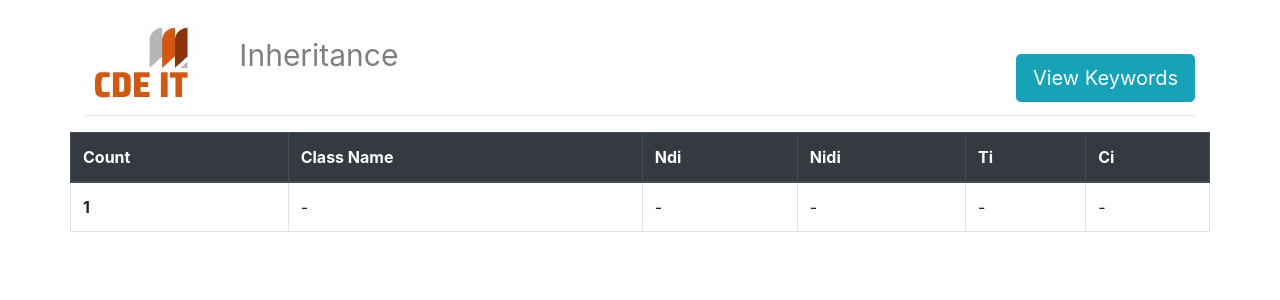
Repository: JudeAshan98/ITPM
Page: CDE_IT/WebContent/views/Inheritance.html
The author's editor kept a copy of each file at every save. The page is drawn from the files as they stood at one save, then again after the next save.
The browser window is 1280 px wide. The pictures show the whole page.

Above is the page before, as saved 2020-03-01 06:38:18.

### CDE_IT/WebContent/views/Inheritance.html
<!DOCTYPE html>
<meta charset="ISO-8859-1">
  <meta name="viewport" content="width=device-width, initial-scale=1">
  <link rel="stylesheet" href="../style/bootsrtap.min.css">
  <script src="../style/jquery.min.js"></script>
  <script src="https://cdnjs.cloudflare.com/ajax/libs/popper.js/1.16.0/umd/popper.min.js"></script>
  <script src="https://maxcdn.bootstrapcdn.com/bootstrap/4.4.1/js/bootstrap.min.js"></script>
</style>
<title>Inheritance| CDE Solutions</title>
</head>
<body style="background-color: #fff;">

<br>
<div class="container">
<div>
		<!-- <p>CDE IT Solutions</p> -->
	<img src="../img/logoe.png" style="max-height:75px"> <text style="font-size:30px; color:gray ; margin-left:30px">Inheritance<text>
	<button type="button" class="btn btn-info btn-lg"style="background-color:transparent;float:right; margin-top:30px ;margin-left:30px" hidden><img src="print.png" style="max-height:40px;max-width=:40px;"></button>
	 <button type="button" class="btn btn-info btn-lg" data-toggle="modal" data-target="#myModal" style="float:right; margin-top:30px;">View Keywords</button>
		<hr/>
	</div>
		<div class="row">
			<table class="table table-bordered table-hover">
			  <thead class="thead-dark">
			    <tr>
			      <th scope="col">Count</th>
			      <th scope="col">Class Name</th>
			      <th scope="col">Ndi</th>
				  <th scope="col">Nidi</th>
				  <th scope="col">Ti</th>
				  <th scope="col">Ci</th>
			    </tr>
			  </thead>
			  <tbody>
			    <tr>
			      <th scope="row">1</th>
			      <td>-</td>
			      <td>-</td>
			      <td>-</td>
			      <td>-</td>
			      <td>-</td>
			    </tr>
			  </tbody>
			</table>
		</div>
<!-- The Modal -->
		<div class="modal" id="myModal">
		  <div class="modal-dialog">
			<div class="modal-content">

			  <!-- Modal Header -->
			  <div class="modal-header">
				<h4 class="modal-title">Ref Keywords</h4>
				<button type="button" class="close" data-dismiss="modal">&times;</button>
			  </div>

			  <!-- Modal body -->
			  <div class="modal-body">
				List of keywords..
			  </div>

			  <!-- Modal footer -->
			  <div class="modal-footer">
				<button type="button" class="btn btn-danger" data-dismiss="modal">Close</button>
			  </div>

			</div>
		  </div>
		</div>
		</div>
</body>
</html>

Loaded but not shown: CDE_IT/WebContent/style/bootsrtap.min.css (library); CDE_IT/WebContent/style/jquery.min.js (library)

After the next save:
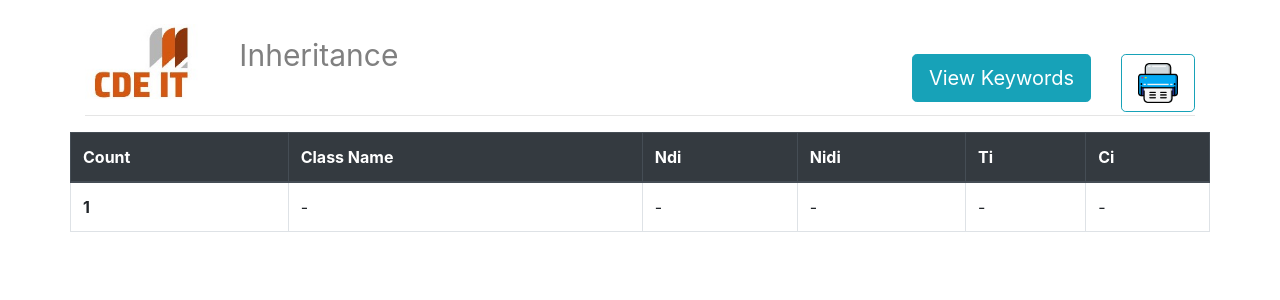
Saved 34 s later.
--- a/CDE_IT/WebContent/views/Inheritance.html
+++ b/CDE_IT/WebContent/views/Inheritance.html
@@ -15,7 +15,7 @@
 <div>
 		<!-- <p>CDE IT Solutions</p> -->
 	<img src="../img/logoe.png" style="max-height:75px"> <text style="font-size:30px; color:gray ; margin-left:30px">Inheritance<text>
-	<button type="button" class="btn btn-info btn-lg"style="background-color:transparent;float:right; margin-top:30px ;margin-left:30px" hidden><img src="print.png" style="max-height:40px;max-width=:40px;"></button>
+	<button type="button" class="btn btn-info btn-lg"style="background-color:transparent;float:right; margin-top:30px ;margin-left:30px"><img src="print.png" style="max-height:40px;max-width=:40px;"></button>
 	 <button type="button" class="btn btn-info btn-lg" data-toggle="modal" data-target="#myModal" style="float:right; margin-top:30px;">View Keywords</button>
 		<hr/>
 	</div>
